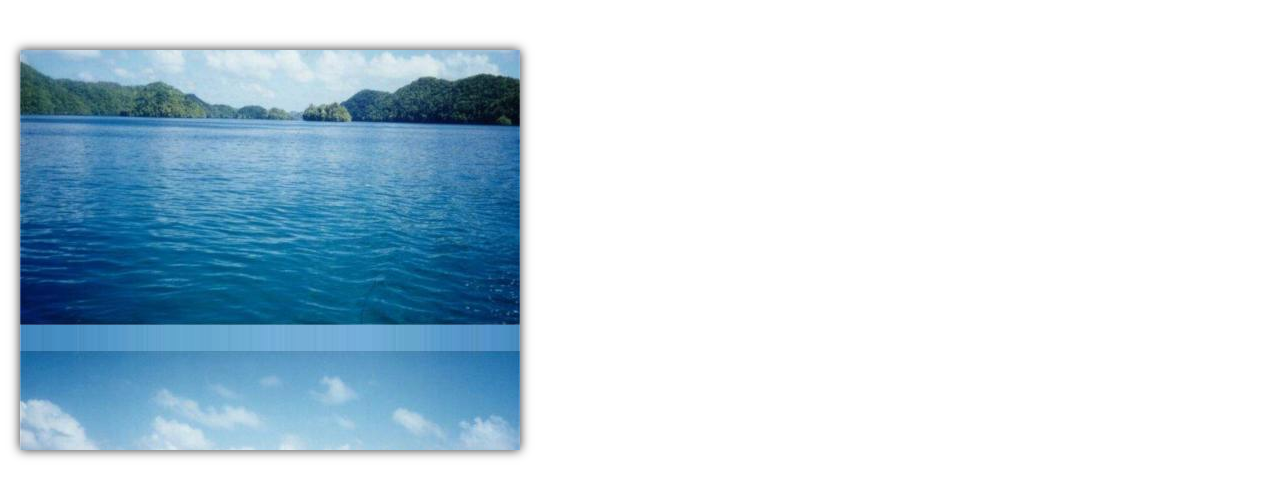
Repository: fangYiYuan/javascript-
Page: canvas/8.水平全景滚动.html
An editor plug-in stored every save of this project. The page is shown before and after the next save, followed by the edit.
The browser window is 1280 px wide. The pictures show the whole page.

Above is the page before, as saved 2020-04-14 16:23:00.

After the next save:
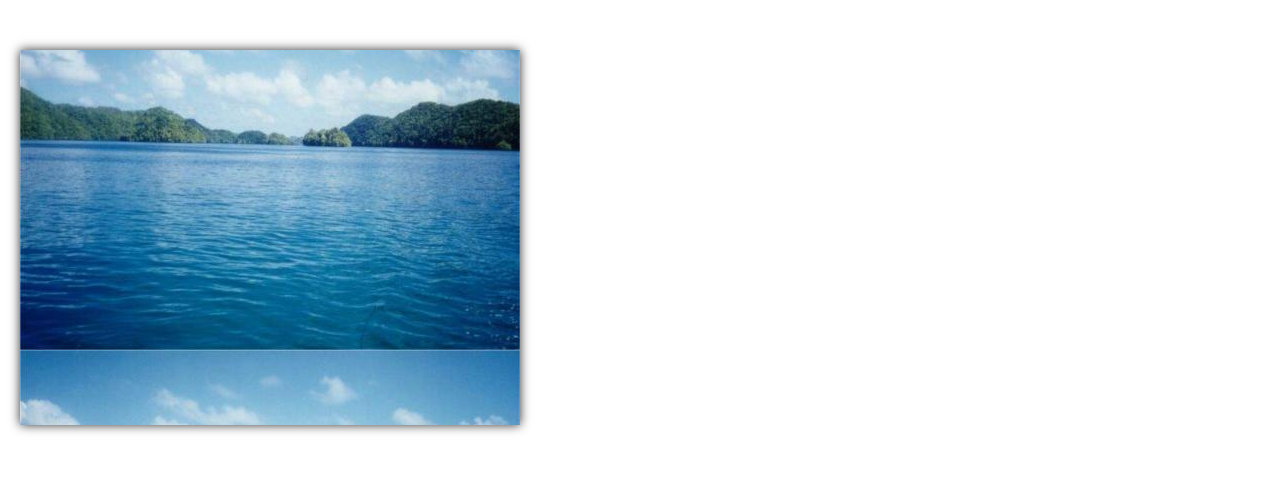
Saved 12 s later.
--- a/canvas/8.水平全景滚动.html
+++ b/canvas/8.水平全景滚动.html
@@ -19,7 +19,7 @@
   }
 </style>
 <body>
-  <canvas id="draw" width="500" height="400"></canvas>
+  <canvas id="draw" width="500" height="375"></canvas>
 </body>
 <script>
   let draw = document.getElementById('draw')
